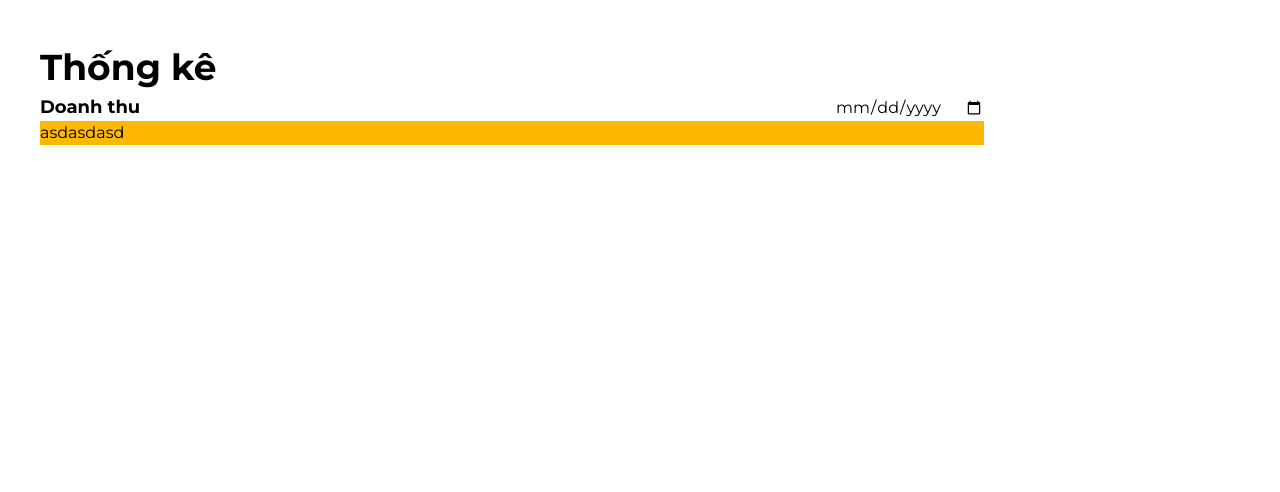
Repository: iphoneboy46/AltaMediaCMS
Page: /
An editor plug-in stored every save of this project. The page is shown before and after the next save, followed by the edit.
The browser window is 1280 px wide. The pictures show the whole page.
Some web libraries are served in a nearby version. The project was rebuilt for these pictures with package versions that can differ from the ones it lists, and the page was loaded fresh each time.

Above is the page before, as saved 2023-03-26 21:50:45.

After the next save:
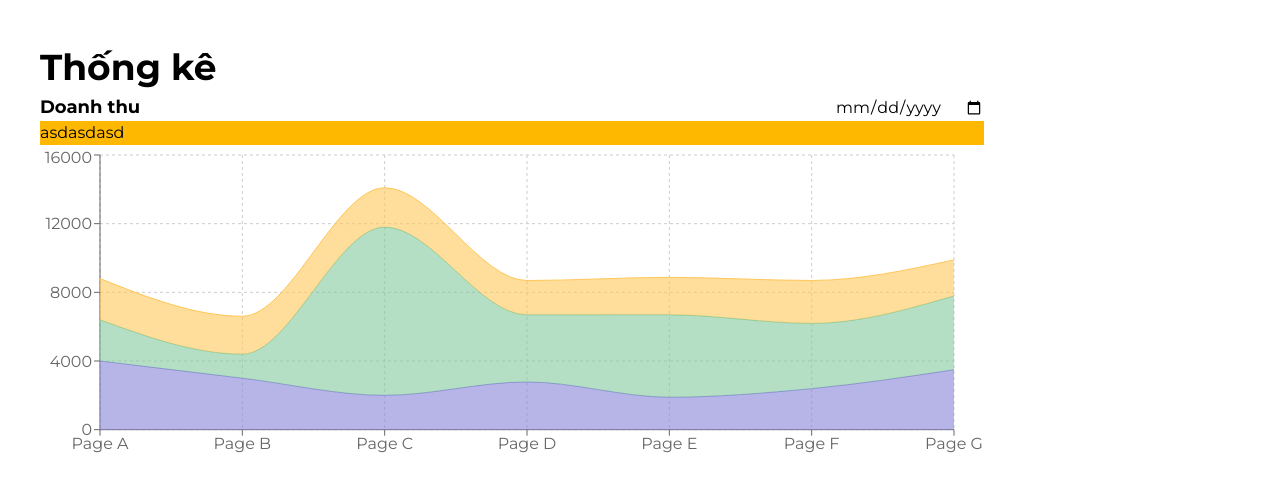
Saved 15 s later.
--- a/src/components/Charts/Charts.tsx
+++ b/src/components/Charts/Charts.tsx
@@ -49,7 +49,7 @@ function Charts() {
   return (
     <div className="w-[100%] h-[100%] bg-yellowMain">
         <h1>asdasdasd</h1>
-        <ResponsiveContainer width="100%" >
+        <ResponsiveContainer width="100%" aspect={3}>
         <AreaChart
           width={500}
           height={400}
